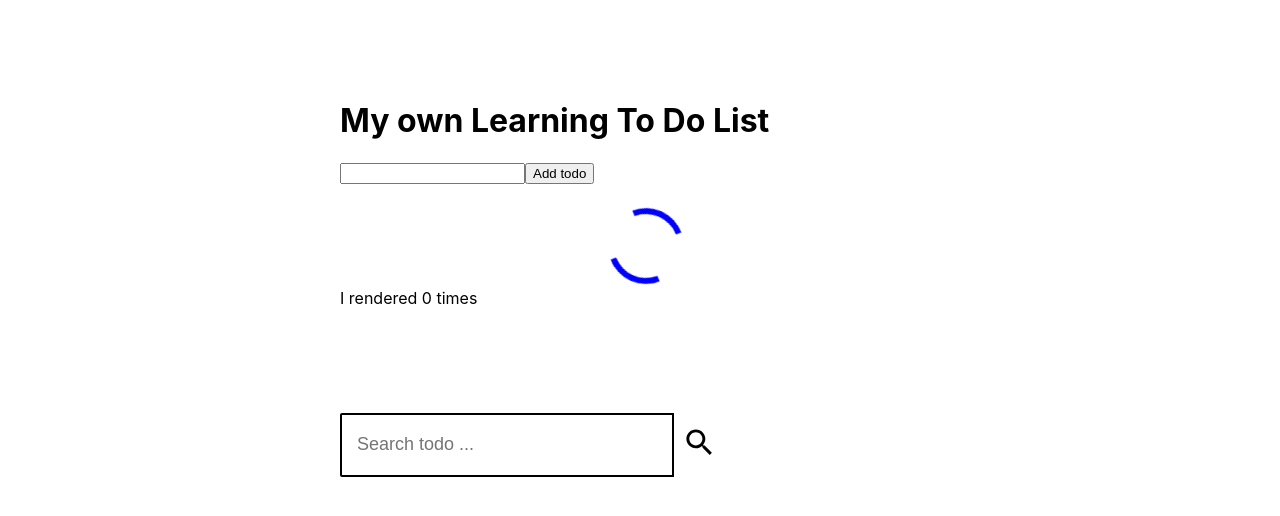
Repository: ArusyakAghajanyan/To-Do
Page: /
These files come from the project's save history. The page is drawn as it stood at one moment and after the next save; the edit follows.
The browser window is 1280 px wide. The pictures show the whole page.
The page's requests for data from a server got no answer. The project was rebuilt for these pictures with package versions that can differ from the ones it lists, and the page was loaded fresh each time. No one was signed in, and anything a server would have sent is missing. Also part of the build but not shown: src/Todo/TodoItem.js, src/Todo/TodoList.js.

Above is the page before, as saved 2022-03-11 01:45:27.

After the next save:
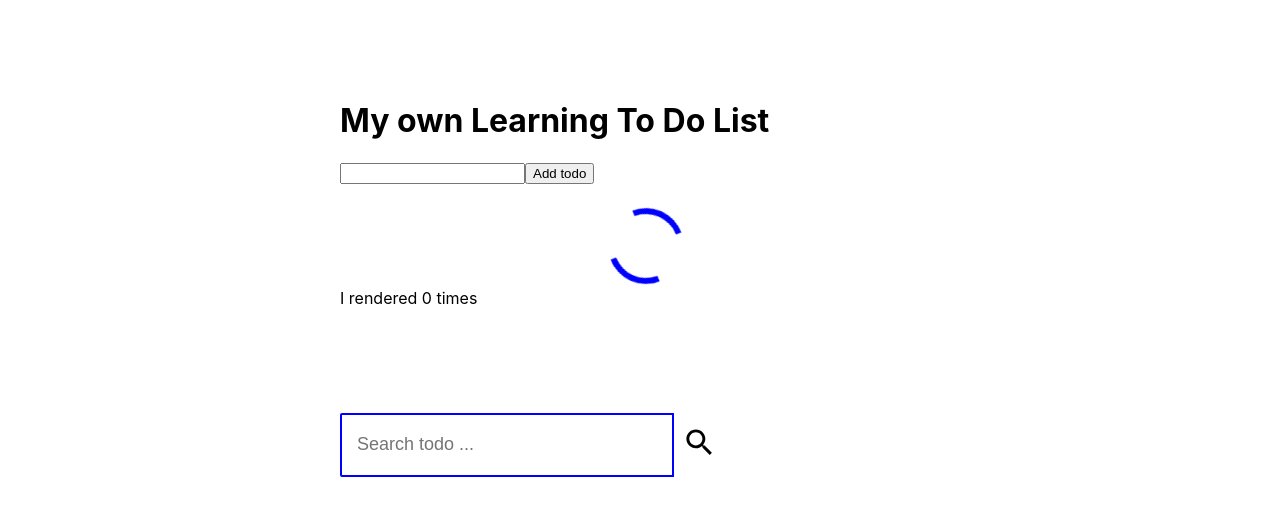
Saved 4 s later.
--- a/src/Search/SearchBar.css
+++ b/src/Search/SearchBar.css
@@ -5,7 +5,7 @@
 
   .search input{
     background-color: white;
-    border: 2px solid ;
+    border: 2px solid blue;
     border-radius: 2px;
     border-top-right-radius: 0px;
     border-bottom-right-radius: 0px;
